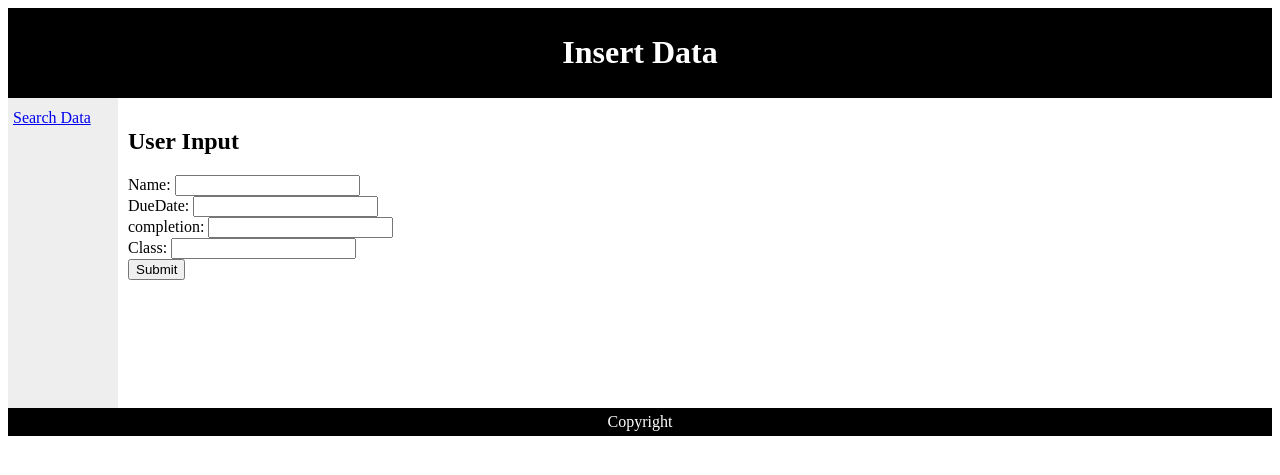
Repository: bpinkelman/Tech-Exercise
Page: planner-pinkelman/WebContent/AssignmentInsert.html
The author's editor kept a copy of each file at every save. The page is drawn from the files as they stood at one save, then again after the next save.
The browser window is 1280 px wide. The pictures show the whole page.

Above is the page before, as saved 2020-02-27 23:11:55.

### planner-pinkelman/WebContent/AssignmentInsert.html
<html>
<head>
<style>
header {
    background-color:black;
    color:white;
    text-align:center;
    padding:5px;
}
nav {
    line-height:30px;
    background-color:#eeeeee;
    height:300px;
    width:100px;
    float:left;
    padding:5px;
}
section {
    width:350px;
    float:left;
    padding:10px;
}
footer {
    background-color:black;
    color:white;
    clear:both;
    text-align:center;
    padding:5px;
}
</style>
</head>

<body>
<header>
<h1> Insert Data </h1>
</header>

<nav>
<a href="/planner/simpleFormSearch.html">Search Data</a> <br>
</nav>

<section>
	<h1>User Input</h1>

	<form action="AssignmentInsert" method="POST">

		Name: <input type="text" name="Name"> <br />
		DueDate: <input type="text" name="DueDate"> <br />
		completion: <input type="text" name="completion"> <br />
		Class: <input type="text" name="Class"> <br />


		<input type="submit" value="Submit" />
	</form>

</section>

<footer>
Copyright
</footer>
</body>
</html>

After the next save:
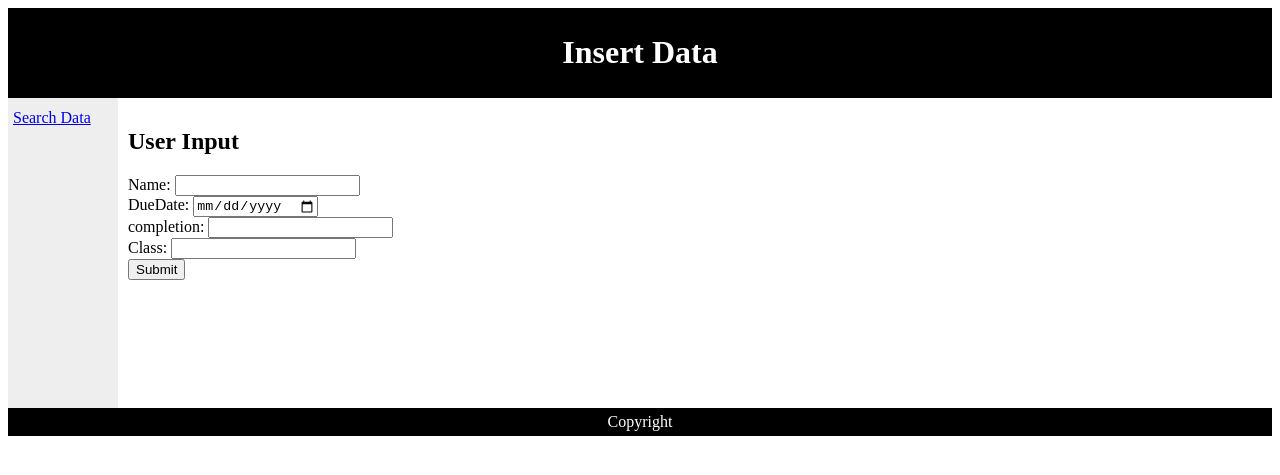
Saved 32 s later.
--- a/planner-pinkelman/WebContent/AssignmentInsert.html
+++ b/planner-pinkelman/WebContent/AssignmentInsert.html
@@ -45,7 +45,7 @@
 	<form action="AssignmentInsert" method="POST">
 
 		Name: <input type="text" name="Name"> <br />
-		DueDate: <input type="text" name="DueDate"> <br />
+		DueDate: <input type="date" name="DueDate"> <br />
 		completion: <input type="text" name="completion"> <br />
 		Class: <input type="text" name="Class"> <br />
 

After the save that followed:
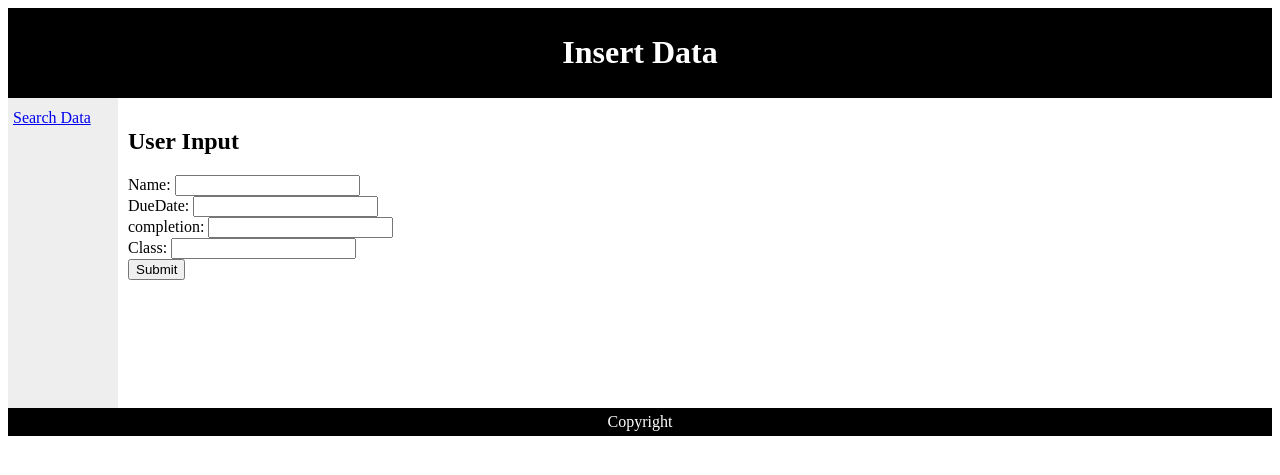
Saved 7 min 30 s later.
--- a/planner-pinkelman/WebContent/AssignmentInsert.html
+++ b/planner-pinkelman/WebContent/AssignmentInsert.html
@@ -45,7 +45,7 @@
 	<form action="AssignmentInsert" method="POST">
 
 		Name: <input type="text" name="Name"> <br />
-		DueDate: <input type="date" name="DueDate"> <br />
+		DueDate: <input type="text" name="DueDate"> <br />
 		completion: <input type="text" name="completion"> <br />
 		Class: <input type="text" name="Class"> <br />
 
